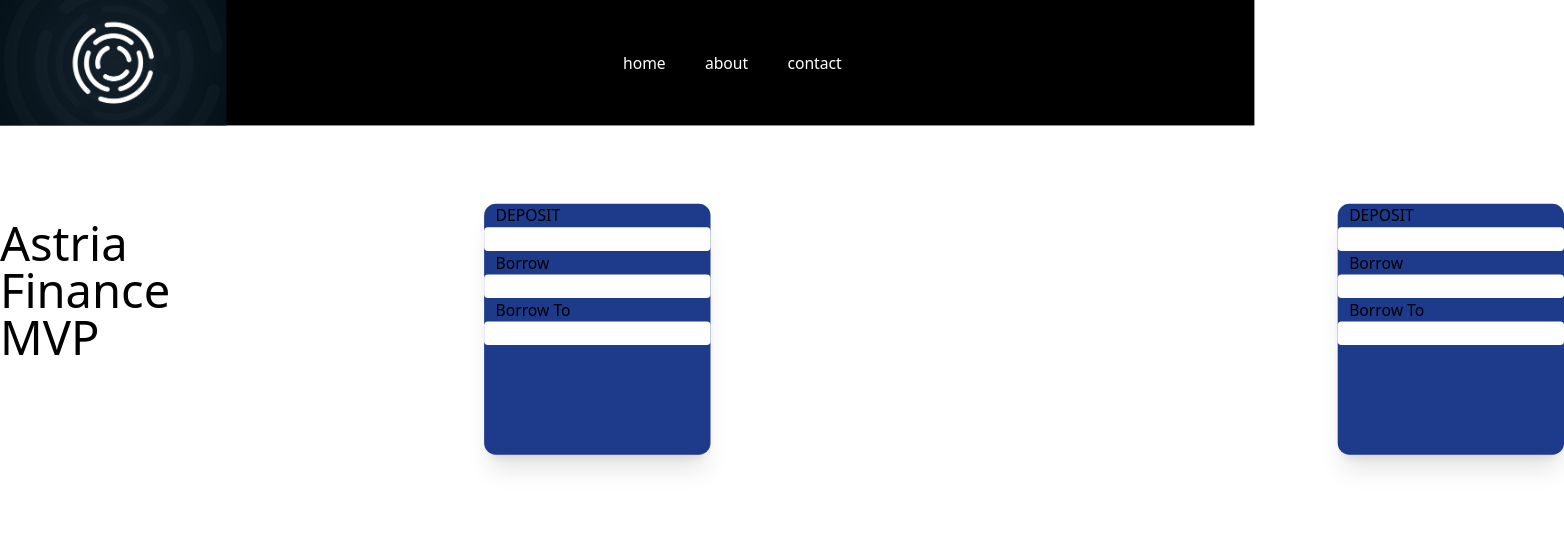
Repository: AstriaFinance/AstriaMvp
Page: /about
An editor plug-in stored every save of this project. The page is shown before and after the next save, followed by the edit.
The browser window is 1280 px wide. The page is 1596 px wide, then 1422 px, so the pictures cover 1596 px, including what lies to the right of the window. The pictures show the whole page, at 98% of full size.
The project was rebuilt for these pictures with package versions that can differ from the ones it lists, and the page was loaded fresh each time. Also part of the build but not shown: src/components/About.jsx, src/components/Shop.jsx, src/components/ErrorPage.jsx.

Above is the page before, as saved 2022-06-21 15:45:46.

### src/App.js
import {Nav, Shop, About, ErrorPage, Home} from "./components"
import {BrowserRouter as Router,Routes, Route} from"react-router-dom"
function App() {
  return (

    <div>

      <Nav/>
      <Home/>
      </div>

  );
}

export default App;

### src/components/index.js
export{default as About} from "./About"
export{default as Nav} from "./Nav"
export{default as Shop} from "./Shop"
export {default as ErrorPage} from "./ErrorPage"
export{default as Home} from "./Home"

### src/components/Nav.jsx
import React from 'react'
import logo from "../static/astria.jpg"
const Nav = () => {
  return (

        <nav className='bg-black flex justify-between'>
        <img src={logo} alt="" className='h-32' />

        <div class="flex gap-2">

  </div>
 <ul class="flex space-x-10 text-white items-center">
   <li>home</li>
    <li>about</li>
     <li>contact</li>
 </ul>
  <span>y</span>
  <span>y</span>


    </nav>



  )
}

export default Nav

### src/components/Home.jsx
import React from 'react'

const Home = () => {
  return (
    <div className='flex'>
        <h1 className='text-5xl flex items-center justify-center'>Astria Finance MVP</h1>
    <div className='items-center justify-center h-64 w-64 rounded-xl mx-80 bg-blue-900 mt-20 shadow-xl'>
        <div className='mx-3'>DEPOSIT</div>
        <input type="text" className='rounded hover:bg-purple-900' />
        <div className='mx-3'>Borrow</div>
        <input type="text" className='rounded hover:bg-purple-900' />
        <div className='mx-3'>Borrow To</div>
        <input type="text" className='rounded hover:bg-purple-900' />
    </div>
    <div className=' items-center justify-center h-64 w-64 rounded-xl mx-80 bg-blue-900 mt-20 shadow-xl'>
        <div className='mx-3'>DEPOSIT</div>
        <input type="text" className='rounded hover:bg-purple-900' />
        <div className='mx-3'>Borrow</div>
        <input type="text" className='rounded hover:bg-purple-900' />
        <div className='mx-3'>Borrow To</div>
        <input type="text" className='rounded hover:bg-purple-900' />
    </div>
    </div>
  )
}

export default Home

Loaded but not shown: public/index.html (common file); src/index.js (common file); src/index.css (common file); src/reportWebVitals.js (common file); tailwind.config.js (common file)

After the next save:
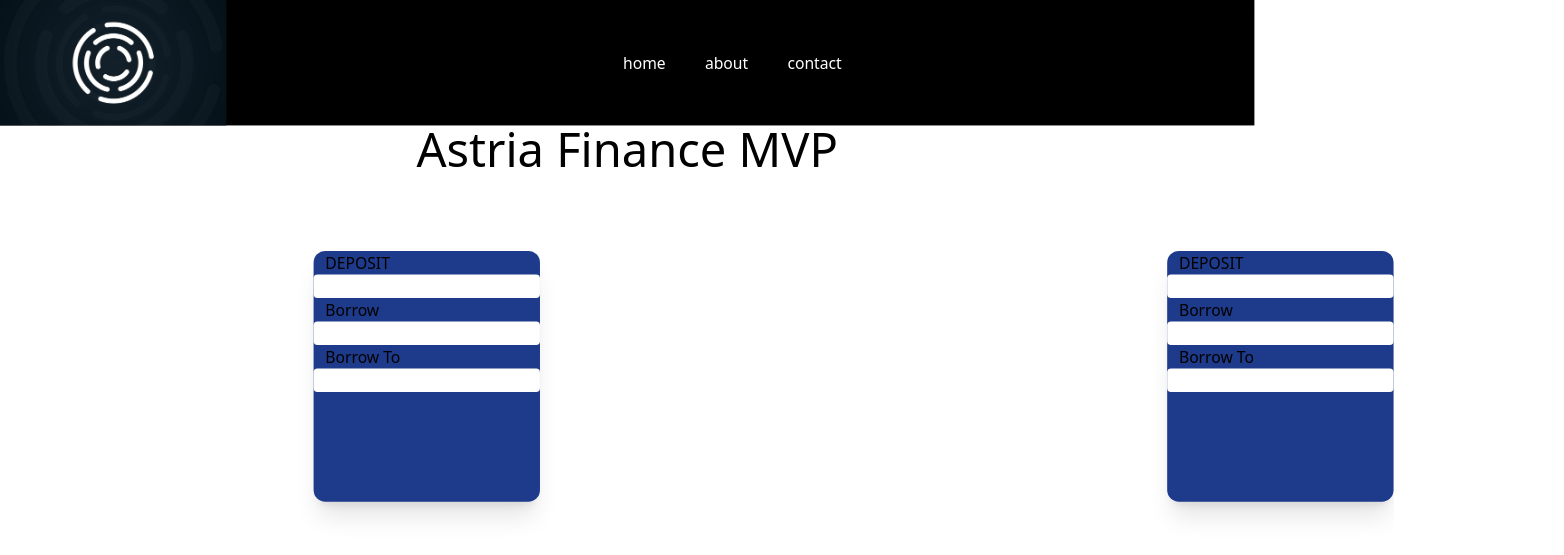
Saved 62 s later.
--- a/src/components/Home.jsx
+++ b/src/components/Home.jsx
@@ -2,8 +2,9 @@ import React from 'react'
 
 const Home = () => {
   return (
+    <div className=''>
+        <h1 className='text-5xl flex items-center justify-center'>Astria Finance MVP</h1>
     <div className='flex'>
-        <h1 className='text-5xl flex items-center justify-center'>Astria Finance MVP</h1>
     <div className='items-center justify-center h-64 w-64 rounded-xl mx-80 bg-blue-900 mt-20 shadow-xl'>
         <div className='mx-3'>DEPOSIT</div>
         <input type="text" className='rounded hover:bg-purple-900' />
@@ -21,6 +22,7 @@ const Home = () => {
         <input type="text" className='rounded hover:bg-purple-900' />
     </div>
     </div>
+    </div>
   )
 }
 
